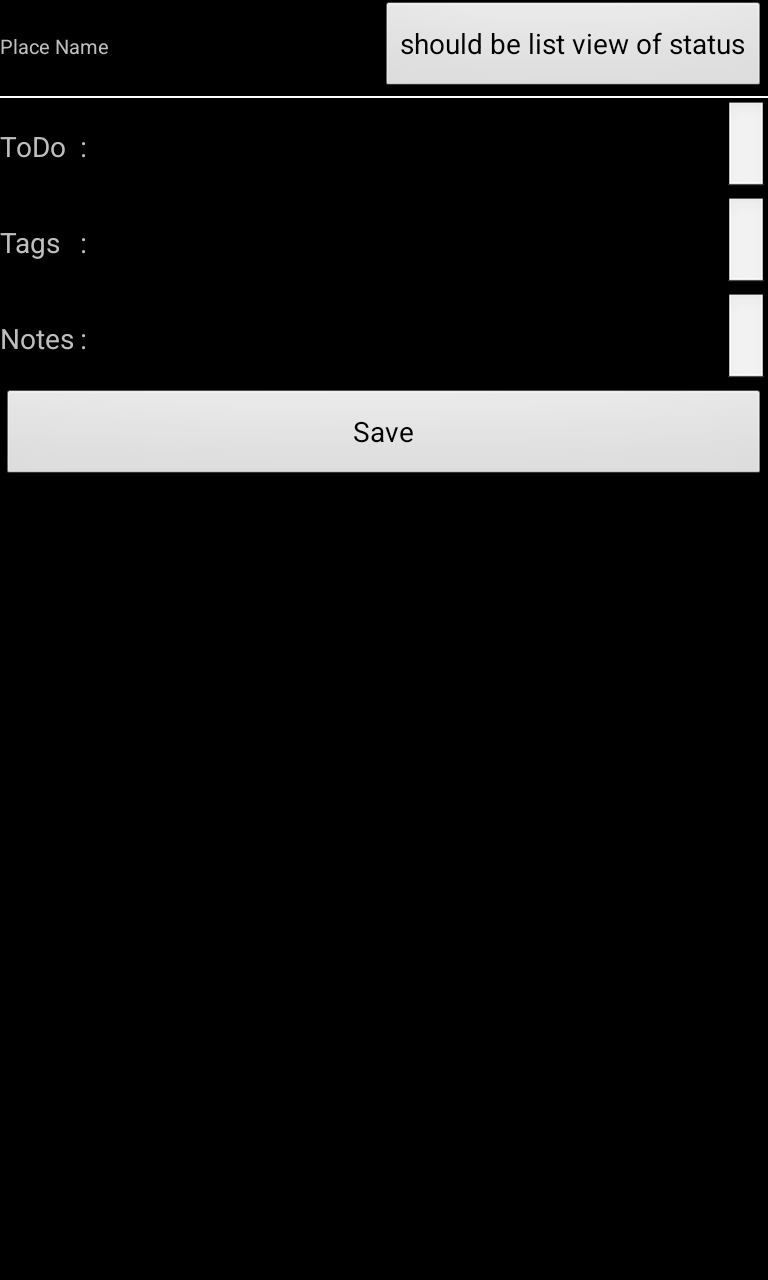
Repository: hilfialkaff/todo
Layout: ToDo/res/layout/todo_edit.xml
These files come from the project's save history. The layout is drawn as it stood at one moment and after the next save; the edit follows.
It is drawn on a 768 x 1280 px phone screen (xhdpi) without system bars, with theme android:Theme; the app's code is not run.

Above is the layout before, as saved 2011-03-12 01:04:55.

After the next save:
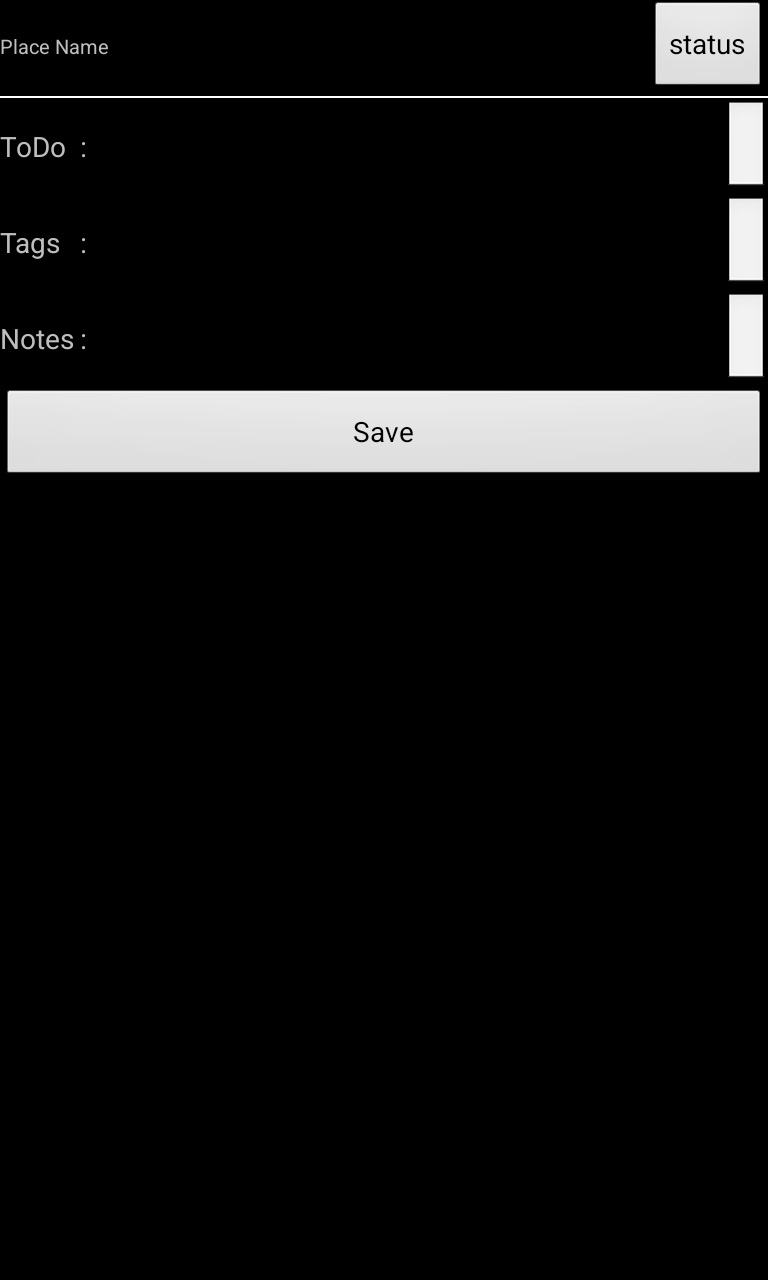
Saved 6 s later.
--- a/ToDo/res/layout/todo_edit.xml
+++ b/ToDo/res/layout/todo_edit.xml
@@ -27,7 +27,7 @@
 		android:id="@+id/status"
 		android:layout_width="wrap_content"
 		android:layout_height="wrap_content"
-		android:text="should be list view of status">
+		android:text="status">
 	</Button>
 </TableRow>
 </TableLayout>
